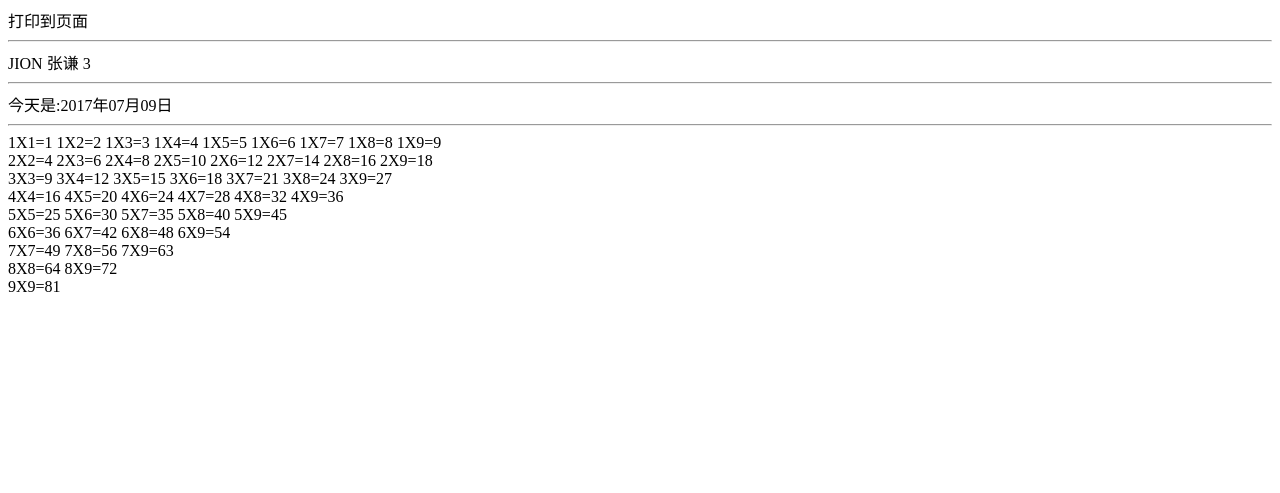
Repository: jionjion/JAVA_WorkSpace
Page: http://localhost/ServletClient/modules/jspBase/base.jsp
The author's editor kept a copy of each file at every save. The page is drawn from the files as they stood at one save, then again after the next save.
The browser window is 1280 px wide. The pictures show the whole page.
The page is served by Tomcat 9.

Above is the page before, as saved 2017-07-10 13:24:33.

After the next save:
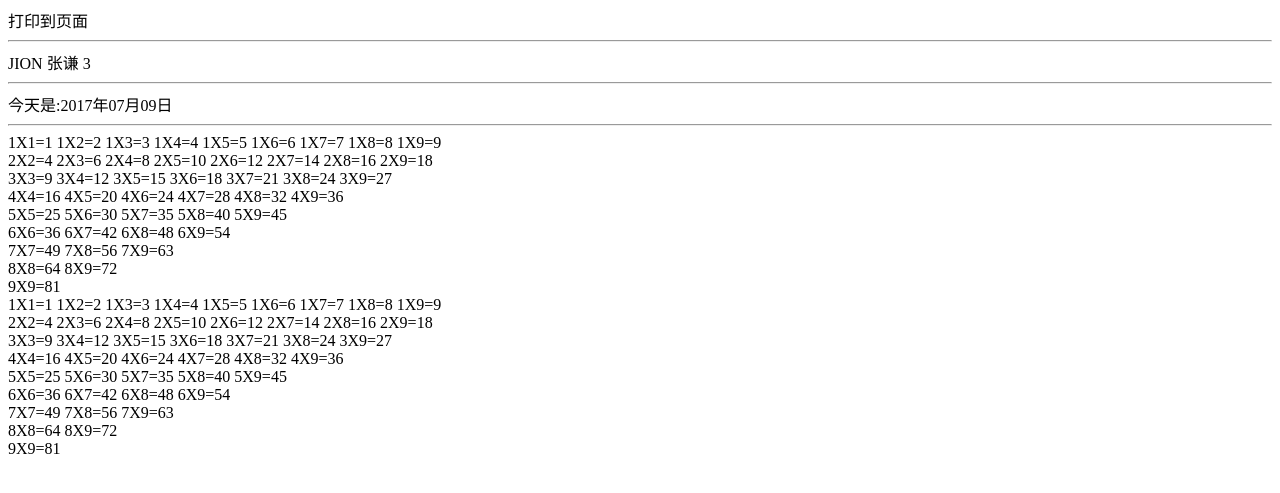
Saved 15 s later.
--- a/ServletClient/WebContent/modules/jspBase/base.jsp
+++ b/ServletClient/WebContent/modules/jspBase/base.jsp
@@ -59,7 +59,7 @@
 		}
 		return string;
 	}
-
 	%>
+	<%=print() %>
 </body>
 </html>
